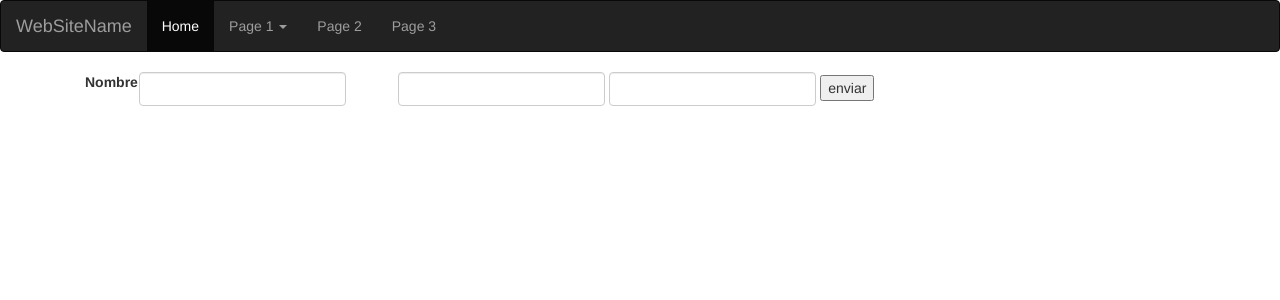
Repository: UAQJavaEveris/ProyectoFinalJuanCarlos
Page: http://localhost/WebCliente/
The author's editor kept a copy of each file at every save. The page is drawn from the files as they stood at one save, then again after the next save.
The browser window is 1280 px wide. The pictures show the whole page.
Some web libraries are served in a nearby version. The page is served by Tomcat 9.

Above is the page before, as saved 2016-12-10 02:57:46.

After the next save:
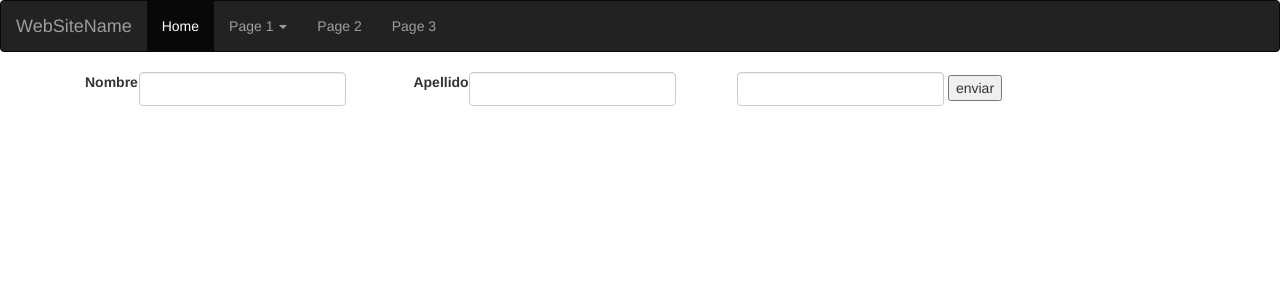
Saved 46 s later.
--- a/WebCliente/WebContent/index.jsp
+++ b/WebCliente/WebContent/index.jsp
@@ -42,8 +42,10 @@
     </div>
   </div>
   <div class="form-group">
-  <label class="sr-only" for="apellidos">Apellidos:</label>
+  <label  class="control-label col-sm-2" for="apellidos">Apellidos:</label>
+  <div class="col-sm-10">
   <input class="form-control"  type="txt" name="apellidos"><br>
+  </div>
   </div>
  <div class="form-group">
  <label class="sr-only" for="logros">logroes:</label>
